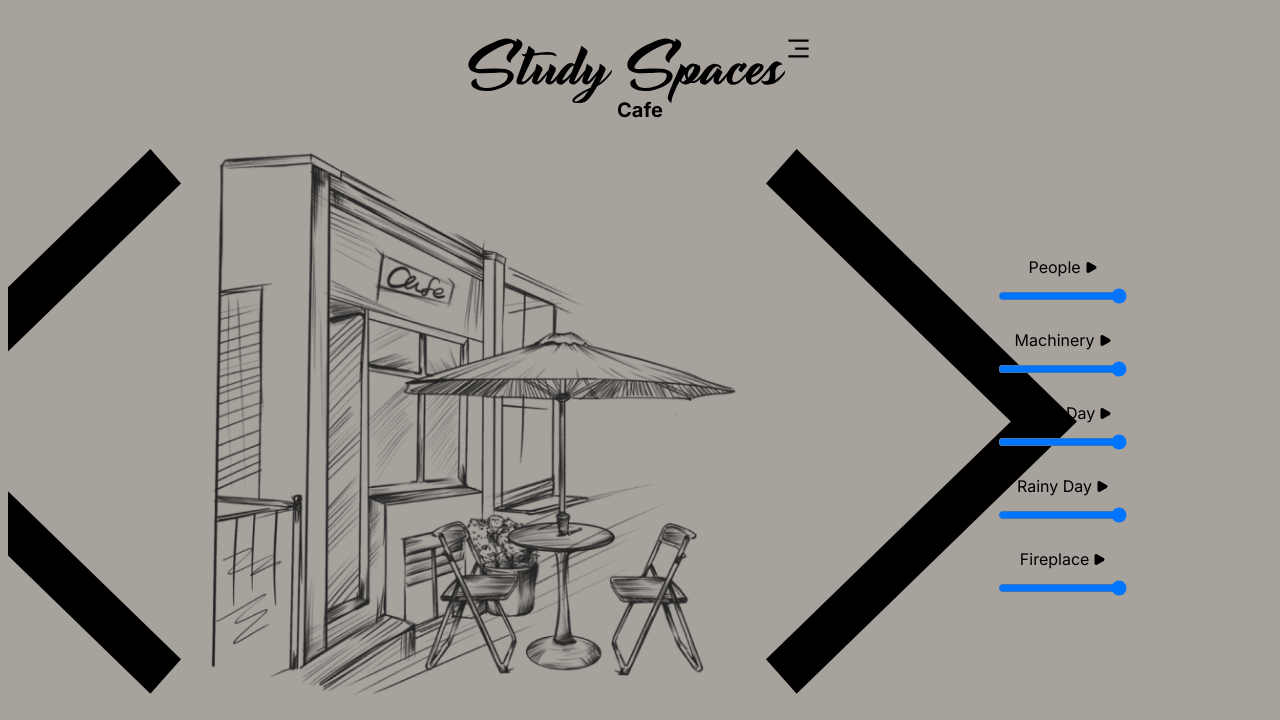
Repository: kaitlynlie/studyspaces
Page: / (app in studyspaces/)
The author's editor kept a copy of each file at every save. The page is drawn from the files as they stood at one save, then again after the next save.
The browser window is 1280 px wide. The pictures show the whole page.
The project was rebuilt for these pictures with package versions that can differ from the ones it lists, and the page was loaded fresh each time. Also part of the build but not shown: studyspaces/vite.config.ts. Imported but missing from the stored project, and not drawn on this page: studyspaces/src/audio/fireplace.wav, studyspaces/src/audio/people.wav, studyspaces/src/audio/rain.wav, studyspaces/src/audio/softmachinery.mp3, studyspaces/src/audio/sun.wav.

Above is the page before, as saved 2023-09-28 23:07:08.

### studyspaces/index.html
<!DOCTYPE html>
<html lang="en">
  <head>
    <meta charset="UTF-8" />
    <link rel="icon" type="image/svg+xml" href="/vite.svg" />
    <meta name="viewport" content="width=device-width, initial-scale=1.0" />
    <title>Study Spaces</title>
  </head>
  <body>
    <div id="root"></div>
    <script type="module" src="/src/main.tsx"></script>
  </body>
</html>

### studyspaces/src/main.tsx
import React from 'react'
import ReactDOM from 'react-dom/client'
import App from './App'
import './index.scss'
import { BrowserRouter } from 'react-router-dom'

ReactDOM.createRoot(document.getElementById('root')!).render(
  <BrowserRouter>
    <App />
  </BrowserRouter>,
)

### studyspaces/src/App.tsx
import clsx from "clsx";
import { Route, Routes } from 'react-router-dom'
import React from "react";
import { Home } from "./pages/Home";
import { Navbar } from "./pages";

function App() {
  return (
    <>
      <div className={clsx("app", "w-full overflow-hidden")}>
          {/* <img
            src={tracks}
            alt='tracks'
            className={clsx(styles.tracks)}
          />  */}
        {/* <Navbar /> */}
        <Routes>
          <Route index path="/" element={<Home />} />
          {/* <Route path="about" element={<About />} />
          <Route path="membership" element={<Membership />} />
          <Route path="faq" element={<FAQ />} />
          <Route path="blog" element={<Blog />} />
          <Route path="careers" element={<Careers />} />
          <Route path='blog2' element={<Blog2 />} /> */}
      </Routes>
      </div>
    </>
  )
  }

export default App;

### studyspaces/src/index.scss
@import url("https://fonts.googleapis.com/css2?family=Inter:wght@400;500;600;700;800;900&display=swap");
// @import "./style/globals/general.scss";

@tailwind base;
@tailwind components;
@tailwind utilities;

:root {
  font-family: Inter;
  overflow-x: hidden;
}

@keyframes jump {
  0%, 100% {
    transform: translateY(0);
  }
  50% {
    transform: translateY(-20px);
  }
}

.jumping-word {
  display: inline-block;
  animation: jump 1s infinite;
}

### studyspaces/src/pages/Home.tsx
import styles from "./home.module.scss";
import clsx from "clsx";
import { title, coffee, leftarrow, rightarrow, play, pause } from "../assets";
import React, { ChangeEvent, useState, useRef } from 'react';
import { people, machinery, sunny, rainy, fire } from "../audio";
import { Navbar } from ".";
import { Link } from 'react-router-dom'
import { RiMenu3Line, RiCloseLine } from 'react-icons/ri';

export function Home() {
  const [sliderValues, setSliderValues] = useState({
    peopleVolumeSlider: 1,
    machVolumeSlider: 1,
    sunnyVolumeSlider: 1,
    rainyVolumeSlider: 1,
    fireVolumeSlider: 1,
  });

  const handleSliderChange = (event: ChangeEvent<HTMLInputElement>) => {
    const { id, value } = event.target;
    setSliderValues((prevValues) => ({
      ...prevValues,
      [id]: parseFloat(value),
    }));
  };

  const [isPlaying, setIsPlaying] = useState<AudioState>({});

  interface AudioState {
    [key: string]: boolean;
  }

  const handlePlayButtonClick = (audioId: string) => {
    setIsPlaying((prevState) => ({
      ...prevState,
      [audioId]: !prevState[audioId] || !prevState[audioId],
    }));
  };

  const [toggleMenu, setToggleMenu] = useState(false);
  const [nav, setNav] = useState(false);

  const openNav = () => {
    setNav(!nav);
  };

  return (
    <div className={clsx(styles.body)}>
        <section className={clsx(styles.home)}>
          <div className={clsx(styles.header)}>
            <div className={clsx(styles.studyspaces)}>
              <img src={title} className={clsx(styles.title)}/>
            </div>

            <div className={clsx(styles.toggle)}>
              {toggleMenu
                ? <RiCloseLine color="#000" size={27} onClick={() => setToggleMenu(false)} />
                : <RiMenu3Line color="#000" size={27} onClick={() => setToggleMenu(true)} />}
              {toggleMenu && (
              <div className={clsx(styles.box)}>
                <div className="none">
                  <ul className={clsx(styles.dropdown)}>
                  <Link onClick={openNav} to='/'><li><a>Home</a></li></Link>
                  <Link onClick={openNav} to='/about'><li><a>About</a></li></Link>
                  <Link onClick={openNav} to='/membership'><li><a>Todo</a></li></Link>
                  <Link onClick={openNav} to='/faq'><li><a>Timer</a></li></Link>
                  </ul>
                </div>
              </div>
              )}
            </div>
          </div>

            <h4>Cafe</h4>
            <div className={clsx(styles.content)}>
              <div className={clsx(styles.hero)}>
                <img id="leftArrow" src={leftarrow} />
                <img src={coffee} className={clsx(styles.coffee)} />
                <img id="rightArrow" src={rightarrow} />
              </div>

              <div className={clsx(styles.audiolist)}>
                <div className={clsx(styles.audio)}>
                  <div className={clsx(styles.title)}>
                    <p>People</p>
                    <img
                      src={play}
                      width="11"
                      height="11"
                      id="peoplePlayButton"
                      onClick={() => handlePlayButtonClick("peopleAudioPlayer")}                    />
                  </div>
                  <audio id="peopleAudioPlayer">
                    <source src={people} type="audio/wav" />
                  </audio>
                  <input
                    type="range"
                    id="peopleVolumeSlider"
                    min={0}
                    max={1}
                    step={0.1}
                    value={sliderValues.peopleVolumeSlider}
                    onChange={handleSliderChange}
                  />
                </div>

                <div className={clsx(styles.audio)}>
                  <div className={clsx(styles.title)}>
                    <p>Machinery</p>
                    <img
                      src={play}
                      width="11"
                      height="11"
                      id="machPlayButton"
                      onClick={() => handlePlayButtonClick("machAudioPlayer")}
                    />
                  </div>
                  <audio id="machAudioPlayer">
                    <source src={machinery} type="audio/mp3" />
                  </audio>
                  <input
                    type="range"
                    id="machVolumeSlider"
                    min={0}
                    max={1}
                    step={0.1}
                    value={sliderValues.machVolumeSlider}
                    onChange={handleSliderChange}
                  />
                </div>

                <div className={clsx(styles.audio)}>
                  <div className={clsx(styles.title)}>
                    <p>Sunny Day</p>
                    <img
                      src={play}
                      width="11"
                      height="11"
                      id="sunnyPlayButton"
                      onClick={() => handlePlayButtonClick("sunnyAudioPlayer")}
                    />
                  </div>
                  <audio id="sunnyAudioPlayer">
                    <source src={sunny} type="audio/wav" />
                  </audio>
                  <input
                    type="range"
                    id="sunnyVolumeSlider"
                    min={0}
                    max={1}
                    step={0.1}
                    value={sliderValues.sunnyVolumeSlider}
                    onChange={handleSliderChange}
                  />
                </div>

                <div className={clsx(styles.audio)}>
                  <div className={clsx(styles.title)}>
                    <p>Rainy Day</p>
                    <img
                      src={play}
                      width="11"
                      height="11"
                      id="rainyPlayButton"
                      onClick={() => handlePlayButtonClick("rainyAudioPlayer")}
                    />
                  </div>
                  <audio id="rainyAudioPlayer">
                    <source src={rainy} type="audio/wav" />
                  </audio>
                  <input
                    type="range"
                    id="rainyVolumeSlider"
                    min={0}
                    max={1}
                    step={0.1}
                    value={sliderValues.rainyVolumeSlider}
                    onChange={handleSliderChange}
                  />
                </div>

                <div className={clsx(styles.audio)}>
                  <div className={clsx(styles.title)}>
                    <p>Fireplace</p>
                    <img
                      src={play}
                      width="11"
                      height="11"
                      id="firePlayButton"
                      onClick={() => handlePlayButtonClick("fireAudioPlayer")}
                    />
                  </div>
                  <audio id="fireAudioPlayer">
                    <source src={fire} type="audio/wav" />
                  </audio>
                  <input
                    type="range"
                    id="fireVolumeSlider"
                    min={0}
                    max={1}
                    step={0.1}
                    value={sliderValues.fireVolumeSlider}
                    onChange={handleSliderChange}
                  />
                </div>
              </div>
            </div>
        </section>
    </div>
  );
}

### studyspaces/src/pages/home.module.scss
body {
    background-color: rgb(168, 162, 157);
    section.home {
        padding: 10px;
        display: flex;
        flex-direction: column;
        justify-content: center;
        align-items: center;
        overflow-y: hidden;
        .header {
          display: flex;
          justify-content: space-between;
          align-items: center;
          .studyspaces {
            display: flex;
            justify-content: center;
            align-items: center;
            .title {
              margin-top: 20px;
            }
          }
          .toggle {
            margin-top: -20px;
            cursor: pointer;
            z-index: 10;
            .box {
              display: flex;
              justify-content: flex-end;
              align-items: flex-end;
              flex-direction: column;
              text-align: end;
              background-color: #ffffffc9;
              padding: 30px;
              position: absolute;
              top: 40px;
              right: 10px;
              border-radius: 5px;
              box-shadow: 0 10px 20px 0 rgba(0, 0, 0, 0.5);
              z-index: 10;
              .dropdown {
                display: flex;
                justify-content: flex-end;
                align-items: flex-end;
                flex-direction: column;
                color: white;
                text-align: end;
                padding: 1px;
                li {
                  margin-top: 8px;
                  list-style-type: none;
                  text-decoration: none;
                  color: black;
                  a {
                    text-decoration: none;
                    color: black;
                  }
                }
              }
            }
          }
        }
        h4 {
            text-align: center;
            font-size: 20px;
            font-weight: 700;
            margin-top: -5px;
        }
        .content {
            display: flex;
            justify-content: space-between;
            gap: 200px;
            transition: gap 0.3s ease;
            // @media (max-width: 1089px) {
            //     gap: 50px;
            // }
            // @media (max-width: 919px) {
            //   flex-direction: column;
            // }
            .hero {
                display: flex;
                justify-content: center;
                gap: 30px;
                .coffee {
                    max-width: 550px;
                    max-height: 550px;
                    width: 100%;
                    height: 100%;
                    @media (max-width: 664px) {
                        max-width: 300px;
                        max-height: 300px;
                    }
                }
            }
            .audiolist {
                display: flex;
                flex-direction: column;
                align-items: center;
                justify-content: center;
                .audio {
                    display: flex;
                    flex-direction: column;
                    justify-content: center;
                    align-items: center;
                    .title {
                        display: flex;
                        flex-direction: row;
                        justify-content: center;
                        align-items: center;
                        gap: 5px;
                        img {
                            cursor: pointer;
                        }
                        .custom-range-slider {
                            appearance: none;
                            width: 100%;
                            height: 8px;
                            border-radius: 5px;
                            background-color: black;
                            outline: none;
                          }

                          .custom-range-slider::-webkit-slider-thumb {
                            appearance: none;
                            width: 16px;
                            height: 16px;
                            border-radius: 50%;
                            background-color: white;
                            cursor: pointer;
                          }

                          .custom-range-slider::-moz-range-thumb {
                            width: 16px;
                            height: 16px;
                            border-radius: 50%;
                            background-color: white;
                            cursor: pointer;
                          }

                          .custom-range-slider::-ms-thumb {
                            width: 16px;
                            height: 16px;
                            border-radius: 50%;
                            background-color: white;
                            cursor: pointer;
                          }
                        #peopleVolumeSlider {
                            -webkit-appearance: none;
                            appearance: none;
                            width: 100%;
                            height: 5px;
                            background-color: black; /* Set the default color of the track/bar */
                            outline: none;
                            position: relative;
                          }

                          #peopleVolumeSlider::-webkit-slider-thumb {
                            -webkit-appearance: none;
                            appearance: none;
                            width: 12px;
                            height: 12px;
                            background-color: black; /* Set the color of the slider thumb */
                            cursor: pointer;
                            border-radius: 50%;
                            position: relative;
                            z-index: 1;
                          }

                          #sunnyVolumeSlider {
                            -webkit-appearance: none;
                            appearance: none;
                            width: 100%;
                            height: 5px;
                            background-color: black; /* Set the default color of the track/bar */
                            outline: none;
                            position: relative;
                          }

                          #sunnyVolumeSlider::-webkit-slider-thumb {
                            -webkit-appearance: none;
                            appearance: none;
                            width: 12px;
                            height: 12px;
                            background-color: black; /* Set the color of the slider thumb */
                            cursor: pointer;
                            border-radius: 50%;
                            position: relative;
                            z-index: 1;
                          }

                          #rainyVolumeSlider {
                            -webkit-appearance: none;
                            appearance: none;
                            width: 100%;
                            height: 5px;
                            background-color: black; /* Set the default color of the track/bar */
                            outline: none;
                            position: relative;
                          }

                          #rainyVolumeSlider::-webkit-slider-thumb {
                            -webkit-appearance: none;
                            appearance: none;
                            width: 12px;
                            height: 12px;
                            background-color: black; /* Set the color of the slider thumb */
                            cursor: pointer;
                            border-radius: 50%;
                            position: relative;
                            z-index: 1;
                          }

                          #machVolumeSlider {
                            -webkit-appearance: none;
                            appearance: none;
                            width: 100%;
                            height: 5px;
                            background-color: black; /* Set the default color of the track/bar */
                            outline: none;
                            position: relative;
                          }

                          #machVolumeSlider::-webkit-slider-thumb {
                            -webkit-appearance: none;
                            appearance: none;
                            width: 12px;
                            height: 12px;
                            background-color: black; /* Set the color of the slider thumb */
                            cursor: pointer;
                            border-radius: 50%;
                            position: relative;
                            z-index: 1;
                          }

                          #fireVolumeSlider {
                            -webkit-appearance: none;
                            appearance: none;
                            width: 100%;
                            height: 5px;
                            background-color: black; /* Set the default color of the track/bar */
                            outline: none;
                            position: relative;
                          }

                          #fireVolumeSlider::-webkit-slider-thumb {
                            -webkit-appearance: none;
                            appearance: none;
                            width: 12px;
                            height: 12px;
                            background-color: black; /* Set the color of the slider thumb */
                            cursor: pointer;
                            border-radius: 50%;
                            position: relative;
                            z-index: 1;
                          }
                    }
                    input {
                        margin-top: -5px;
                        margin-bottom: 10px
                    }
                }
            }
        }
    }
}

### studyspaces/src/assets/index.ts
import title from './title.svg'
import coffee from './coffee.png'
import leftarrow from './leftarrow.svg'
import rightarrow from './rightarrow.svg'
import play from './play.svg'
import pause from './pause.svg'

export {
    title,
    coffee,
    leftarrow,
    rightarrow,
    play,
    pause
}

### studyspaces/src/audio/index.ts
import people from './people.wav'
import machinery from './softmachinery.mp3'
import sunny from './sun.wav'
import rainy from './rain.wav'
import fire from './fireplace.wav'

export {
    people,
    machinery,
    sunny,
    rainy,
    fire
}

After the next save:
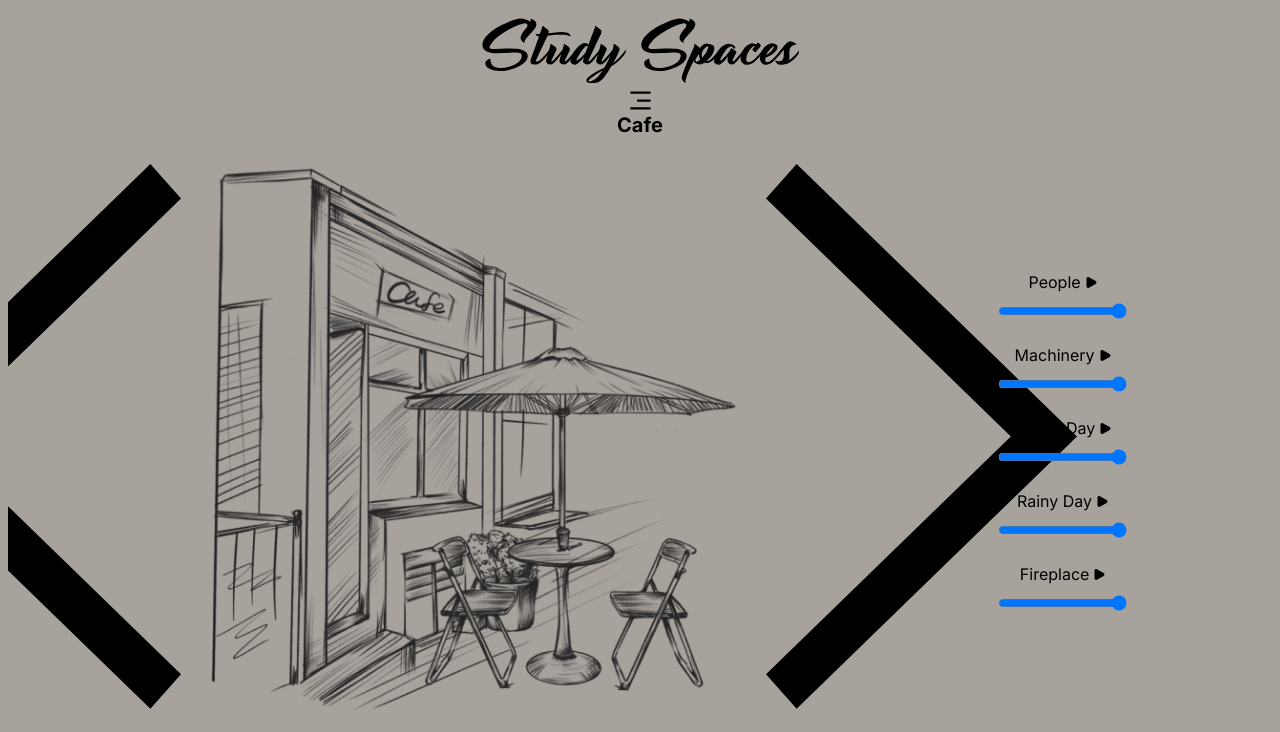
Saved 2 min 56 s later.
--- a/studyspaces/src/pages/Home.tsx
+++ b/studyspaces/src/pages/Home.tsx
@@ -47,7 +47,7 @@
   return (
     <div className={clsx(styles.body)}>
         <section className={clsx(styles.home)}>
-          <div className={clsx(styles.header)}>
+
             <div className={clsx(styles.studyspaces)}>
               <img src={title} className={clsx(styles.title)}/>
             </div>
@@ -69,7 +69,6 @@
               </div>
               )}
             </div>
-          </div>
 
             <h4>Cafe</h4>
             <div className={clsx(styles.content)}>

After the save that followed:
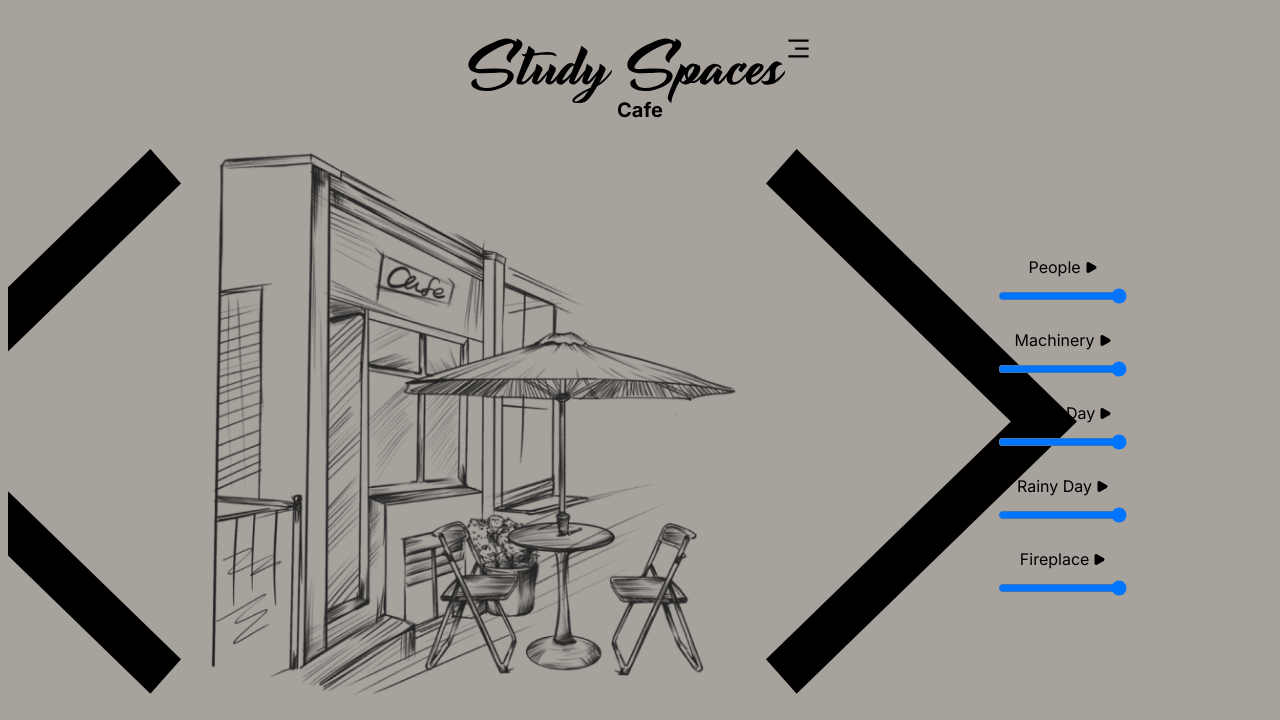
Saved 3 min 29 s later.
--- a/studyspaces/src/pages/Home.tsx
+++ b/studyspaces/src/pages/Home.tsx
@@ -47,7 +47,7 @@
   return (
     <div className={clsx(styles.body)}>
         <section className={clsx(styles.home)}>
-
+          <div className={clsx(styles.header)}>
             <div className={clsx(styles.studyspaces)}>
               <img src={title} className={clsx(styles.title)}/>
             </div>
@@ -69,6 +69,7 @@
               </div>
               )}
             </div>
+          </div>
 
             <h4>Cafe</h4>
             <div className={clsx(styles.content)}>
